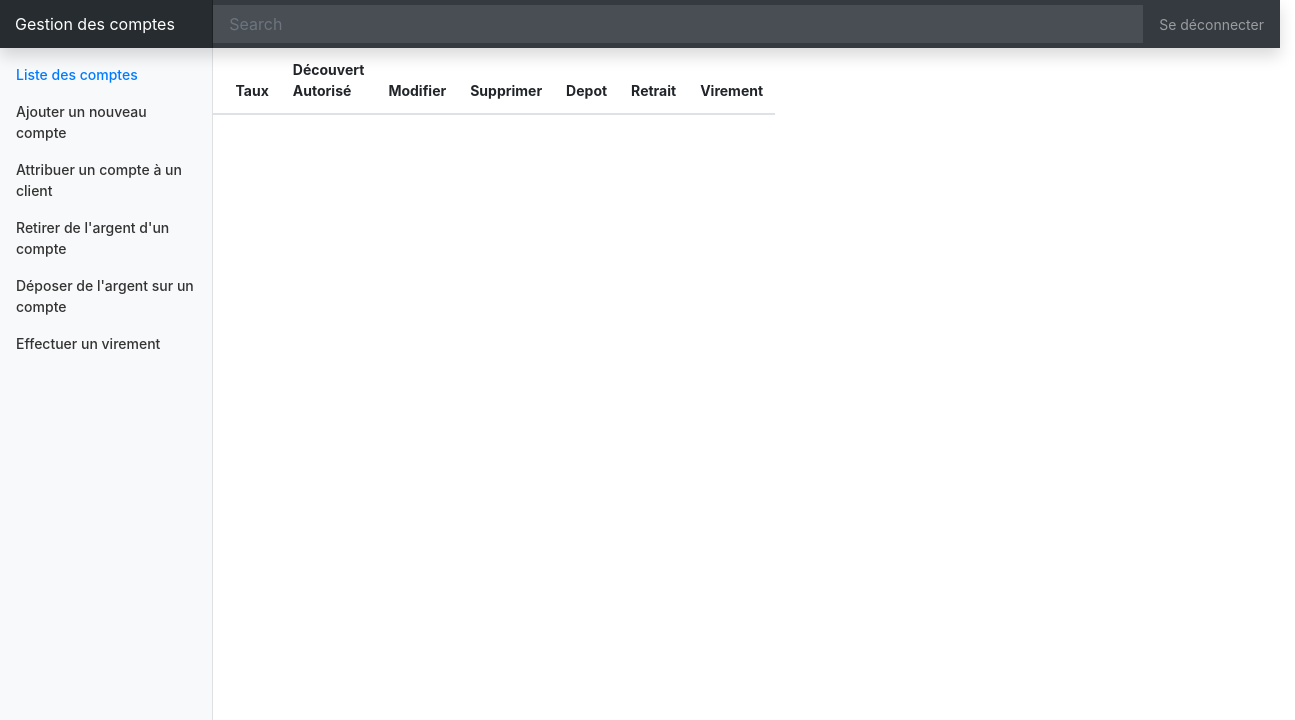
Repository: liiiseee/Projet
Page: http://localhost/02_projet_gestion_clients_compte/menu-comptes.jsp
These files come from the project's save history. The page is drawn as it stood at one moment and after the next save; the edit follows.
The browser window is 1280 px wide. The page is 1295 px wide, so the pictures cover 1295 px, including what lies to the right of the window. The pictures show the whole page.
The page is served by Tomcat 9. The template is opened directly, without the code that normally fills it, so the values that code supplies are empty.

Above is the page before, as saved 2020-03-30 14:54:58.

After the next save:
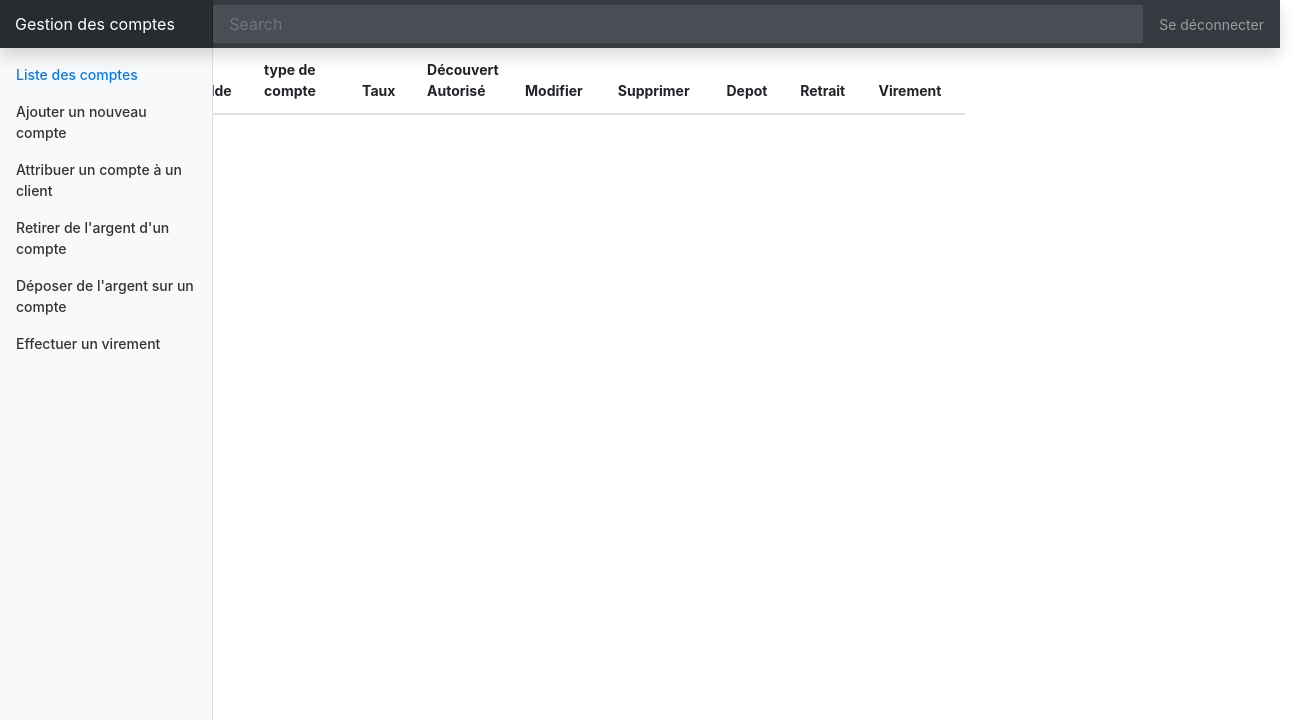
Saved 64 s later.
--- a/02_projet_gestion_clients_compte/WebContent/menu-comptes.jsp
+++ b/02_projet_gestion_clients_compte/WebContent/menu-comptes.jsp
@@ -100,7 +100,7 @@
    <h2>Liste des comptes</h2>
    <div class="row">
      <div class="table-responsive" >
-       <table  class="table table-striped" style="width: 500px;">
+       <table  class="table table-striped" style="width: 980px;">
 
 
 
